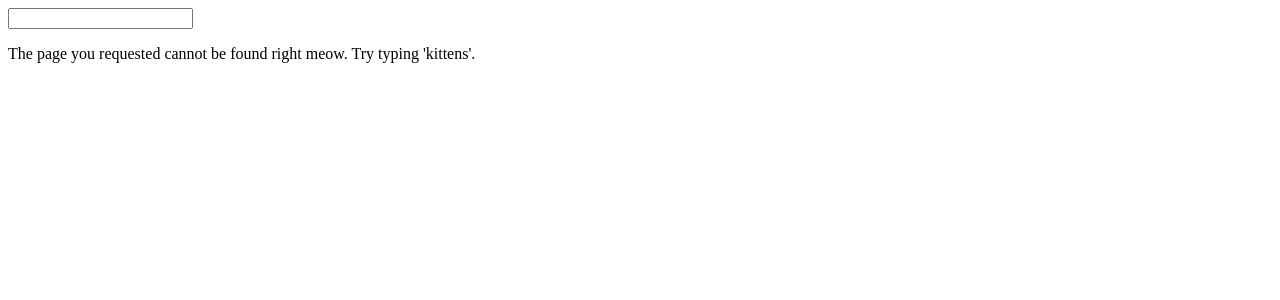
Repository: BlacKKalypso/jee-projet-workspace
Page: http://localhost/InterfaceEcole/views/eleves/404.jsp
An editor plug-in stored every save of this project. The page is shown before and after the next save, followed by the edit.
The browser window is 1280 px wide. The pictures show the whole page.
The page is served by Tomcat 9. Other server files are loaded and not shown.

Above is the page before, as saved 2019-04-06 15:16:25.

### InterfaceEcole/WebContent/views/eleves/404.jsp
<%@ page language="java" contentType="text/html; charset=ISO-8859-1"
    pageEncoding="ISO-8859-1"%>
<!DOCTYPE html>
<html>
<head>
<meta charset="ISO-8859-1">
<title>Hello 404</title>
</head>
<body>
<div class="container">
  <form class="four-oh-four-form">
    <input type="text" class="404-input">
  </form>

  <div class="terminal">
      <p class="prompt">The page you requested cannot be found right meow. Try typing 'kittens'.</p>
      <p class="prompt output new-output"></p>
  </div>
</div>
</body>
</html>

After the next save:
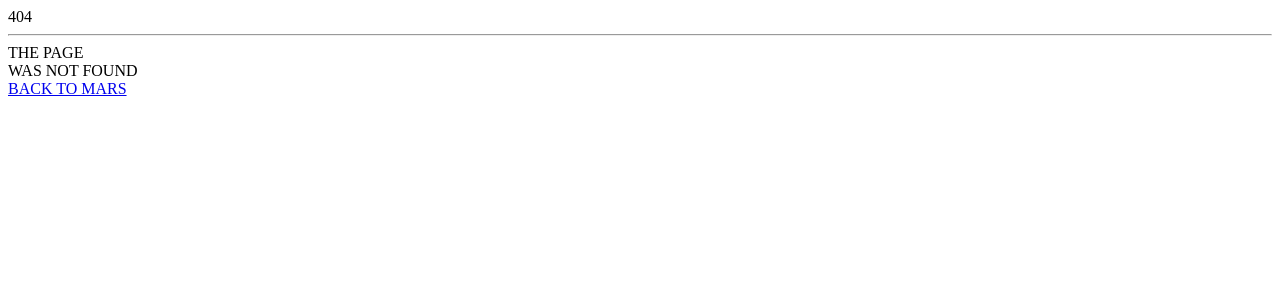
Saved 3 min 26 s later.
--- a/InterfaceEcole/WebContent/views/eleves/404.jsp
+++ b/InterfaceEcole/WebContent/views/eleves/404.jsp
@@ -7,15 +7,20 @@
 <title>Hello 404</title>
 </head>
 <body>
-<div class="container">
-  <form class="four-oh-four-form">
-    <input type="text" class="404-input">
-  </form>
-
-  <div class="terminal">
-      <p class="prompt">The page you requested cannot be found right meow. Try typing 'kittens'.</p>
-      <p class="prompt output new-output"></p>
-  </div>
-</div>
+ <div id="clouds">
+            <div class="cloud x1"></div>
+            <div class="cloud x1_5"></div>
+            <div class="cloud x2"></div>
+            <div class="cloud x3"></div>
+            <div class="cloud x4"></div>
+            <div class="cloud x5"></div>
+        </div>
+        <div class='c'>
+            <div class='_404'>404</div>
+            <hr>
+            <div class='_1'>THE PAGE</div>
+            <div class='_2'>WAS NOT FOUND</div>
+            <a class='btn' href='#'>BACK TO MARS</a>
+        </div>
 </body>
 </html>
